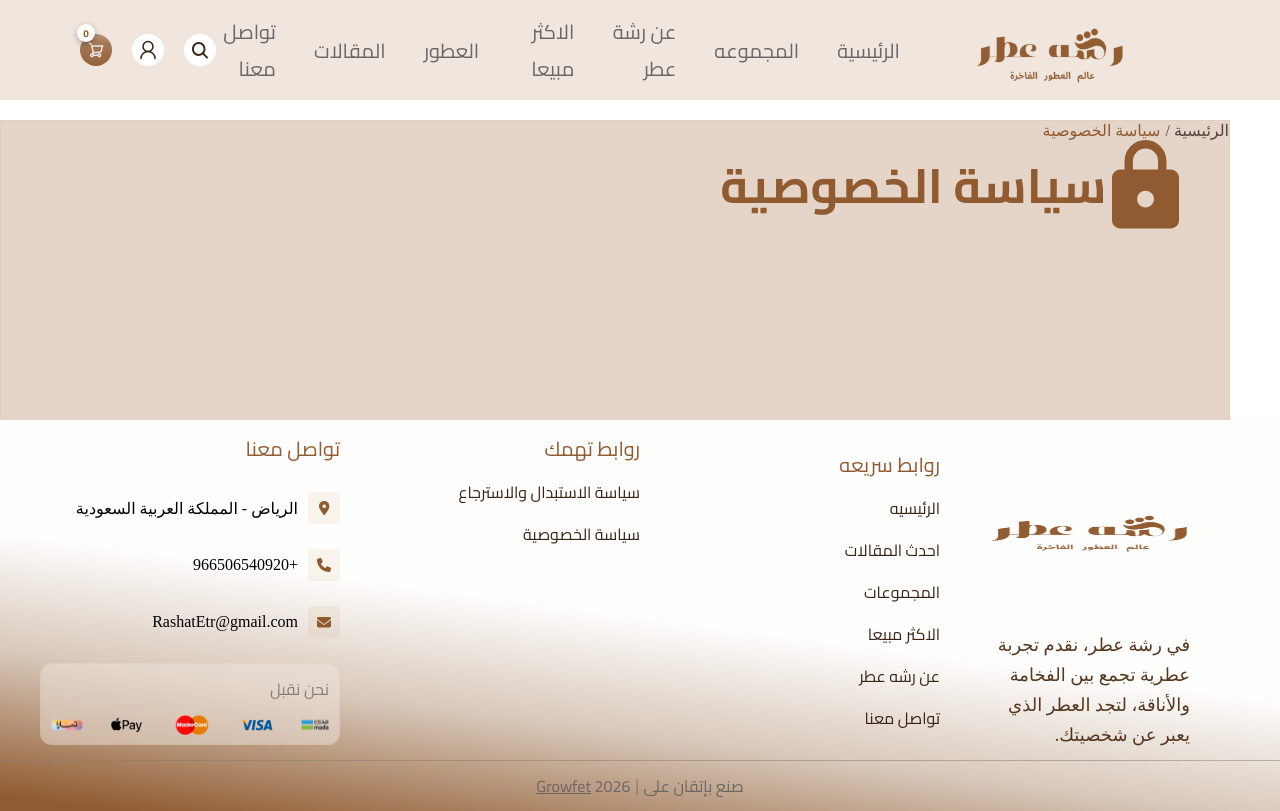
Repository: mahmoudesh74/rashet-3tr
Page: /PrivacyPolicyPage
The author's editor kept a copy of each file at every save. The page is drawn from the files as they stood at one save, then again after the next save.
The browser window is 1280 px wide. The pictures show the whole page.
Some web fonts or font styles are not loaded; a fallback is used. The project was rebuilt for these pictures with package versions that can differ from the ones it lists, and the page was loaded fresh each time. Also part of the build but not shown: vite.config.js, src/App.css, src/components/HeaderSection/Header.css, src/components/HeaderSection/Header.jsx, src/components/GroupSection/GroupSection.css, src/components/GroupSection/GroupSection.jsx, src/components/AboutSection/AboutSection.css, src/components/AboutSection/AboutSection.jsx and 17 more. Imported but missing from the stored project, and not drawn on this page: src/assets/vedio.mp4.

Above is the page before, as saved 2026-09-23 11:05:45.

After the next save:
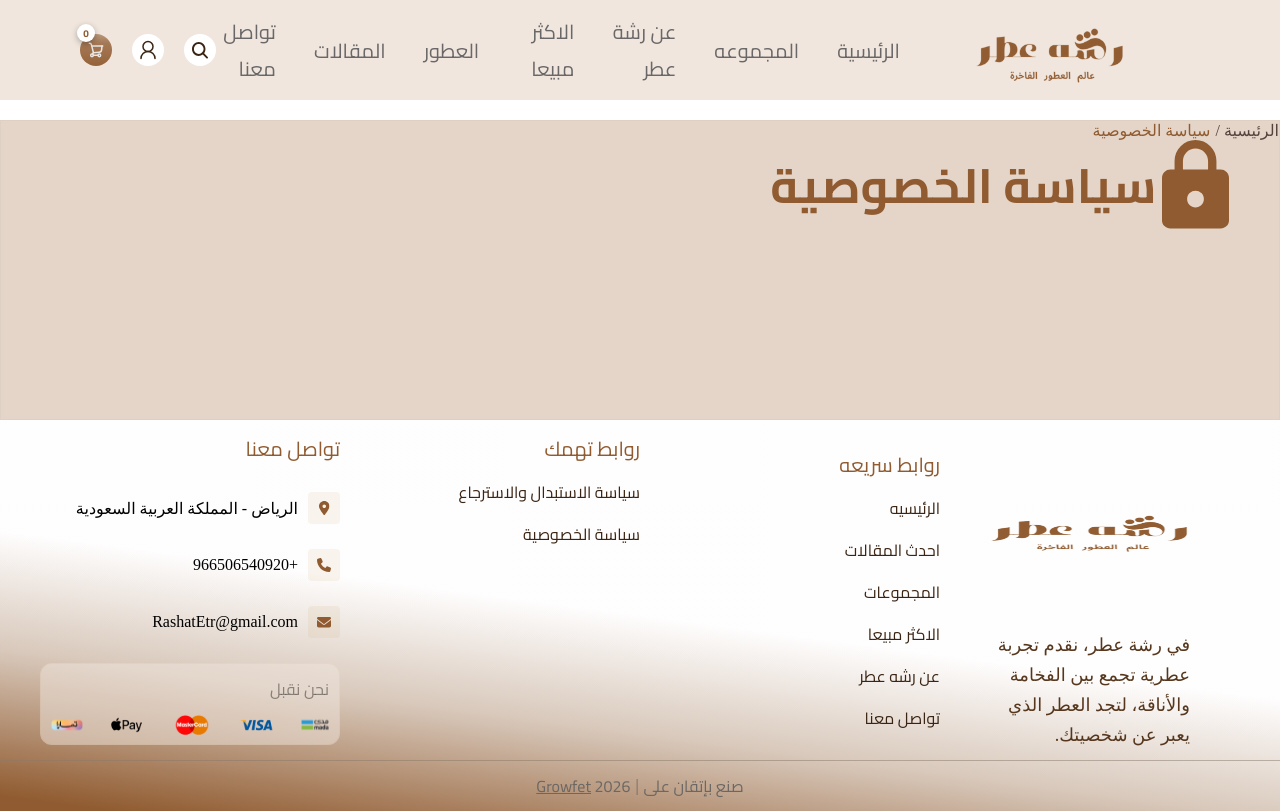
Saved 14 s later.
--- a/src/pages/PrivacyPolicy/privacyPolicy.css
+++ b/src/pages/PrivacyPolicy/privacyPolicy.css
@@ -1,6 +1,6 @@
 .privacyPolicyPage {
   margin-top: 120px;
-  padding-right: 50px;
+
   width: 100%;
 }
 .pageHeaderContent{
